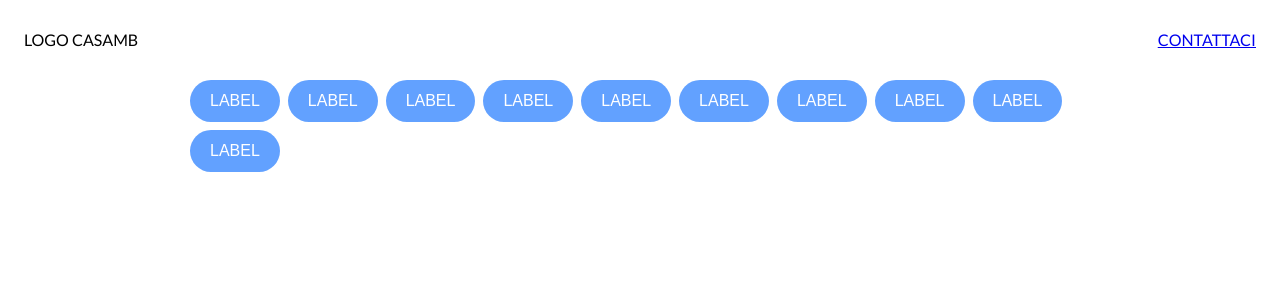
Repository: nicolorz/casamb
Page: /
An editor plug-in stored every save of this project. The page is shown before and after the next save, followed by the edit.
The browser window is 1280 px wide. The pictures show the whole page.
The project was rebuilt for these pictures with package versions that can differ from the ones it lists, and the page was loaded fresh each time. Also part of the build but not shown: src/index.css, src/App.css.

Above is the page before, as saved 2023-07-18 17:51:30.

After the next save:
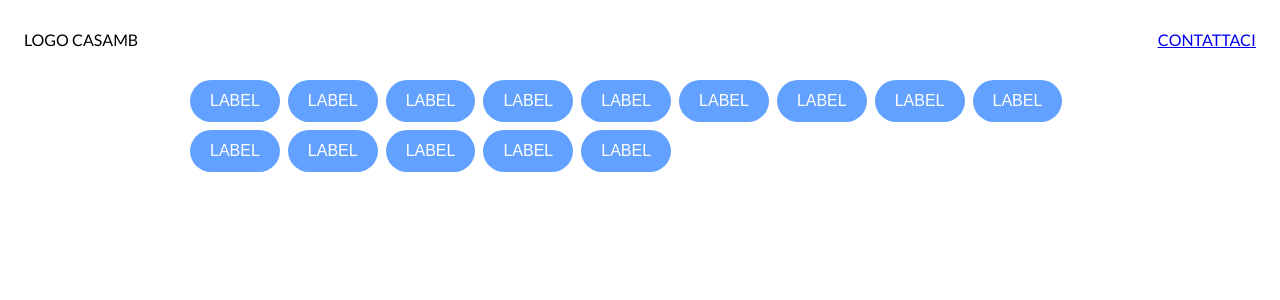
Saved 30 s later.
--- a/src/components/HeaderWrapper/HeaderBottom.js
+++ b/src/components/HeaderWrapper/HeaderBottom.js
@@ -14,6 +14,10 @@ export const HeaderBottom = () => {
                 <SortingBtn />
                 <SortingBtn />
                 <SortingBtn />
+                <SortingBtn />
+                <SortingBtn />
+                <SortingBtn />
+                <SortingBtn />
             </div>
         </div>
     )
